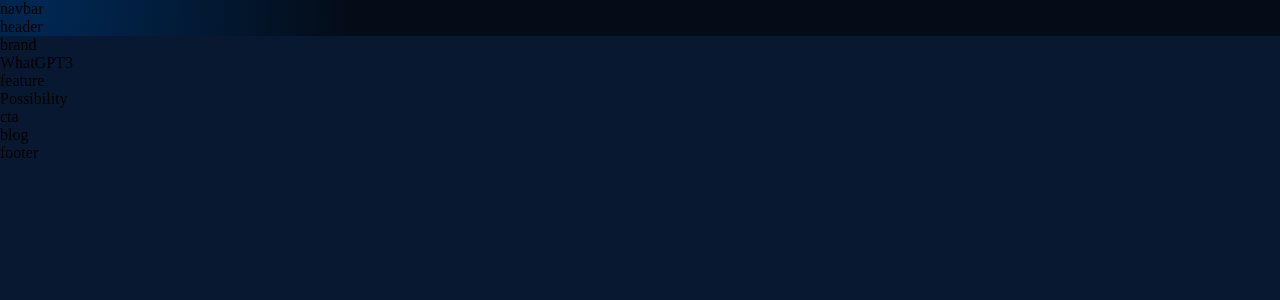
Repository: smitranjansingh29/gpt3-react
Page: /
These files come from the project's save history. The page is drawn as it stood at one moment and after the next save; the edit follows.
The browser window is 1280 px wide. The pictures show the whole page.
The project was rebuilt for these pictures with package versions that can differ from the ones it lists, and the page was loaded fresh each time. Also part of the build but not shown: src/components/brand/brand.css, src/components/cta/cta.css, src/components/feature/feature.css, src/components/feature/Feature.jsx, src/components/navbar/navbar.css, src/containers/features/feature.css, src/containers/footer/footer.css, src/containers/header/header.css and 2 more.

Above is the page before, as saved 2023-10-02 11:50:48.

### src/index.js
import React from 'react';
import ReactDOM from 'react-dom';
import App from './App';
import './index.css';

ReactDOM.render( < App / > , document.getElementById('root'));

### src/App.js
import React from 'react';

import { Brand , Cta , Navbar } from './components';
import { Footer , Blog , Possibility , Features , WhatGPT3 , Header } from './containers';

import './App.css';
const App = () => {
  return (
    <div className='App' >
    <div className='gradient__bg' >
      <Navbar/>
      <Header/>
    </div>
    <Brand/>
    <WhatGPT3/>
    <Features/>
    <Possibility/>
    <Cta/>
    <Blog/>
    <Footer/>
    </div>
  )
}

export default App

### src/index.css
@import url('https://fonts.googleapis.com/css2?family=Manrope:wght@200;300;400;500;600;700;800&display=swap');
:root {
    --font-family: 'Manrope', sans-serif;
    --gradient-text: linear-gradient(89.97deg, #AE67FA 1.84%, #F49867 102.67%);
    --gradient-bar: linear-gradient(103.22deg, #AE67FA -13.86%, #F49867 99.55%);
    --color-bg: #081830;
    --color-footer: #031B34;
    --color-blog: #042c54;
    --color-text: #81AFDD;
    --color-subtext: #FF8A71;
}

### src/components/index.js
export { default as Article } from './article/Article';
export { default as Brand } from './brand/Brand';
export { default as Cta } from './cta/Cta';
export { default as Feature } from './feature/Feature';
export { default as Navbar } from './navbar/Navbar';

### src/App.css
* {
    padding: 0;
    margin: 0;
    box-sizing: border-box;
    scroll-behavior: smooth;
}

body {
    background: var(--color-bg);
}

a {
    color: unset;
    text-decoration: none;
}

.gradient__bg {
    background: -moz-radial-gradient(circle at 3% 25%, rgba(0, 40, 83, 1) 0%, rgba(4, 12, 24, 1) 25%);
    /* safari 5.1+,chrome 10+ */
    background: -webkit-radial-gradient(circle at 3% 25%, rgba(0, 40, 83, 1) 0%, rgba(4, 12, 24, 1) 25%);
    /* opera 11.10+ */
    background: -o-radial-gradient(circle at 3% 25%, rgba(0, 40, 83, 1) 0%, rgba(4, 12, 24, 1) 25%);
    /* ie 10+ */
    background: -ms-radial-gradient(circle at 3% 25%, rgba(0, 40, 83, 1) 0%, rgba(4, 12, 24, 1) 25%);
    /* global 92%+ browsers support */
    background: radial-gradient(circle at 3% 25%, rgba(0, 40, 83, 1) 0%, rgba(4, 12, 24, 1) 25%);
}

.gradient__text {
    background: var(--gradient-text);
    background-clip: text;
    -webkit-background-clip: text;
    -webkit-text-fill-color: transparent;
}

.section__padding {
    padding: 4rem 6rem;
}

.section__margin {
    margin: 4rem 6rem;
}

.scale-up-center {
    -webkit-animation: scale-up-center 0.4s cubic-bezier(0.390, 0.575, 0.565, 1.000) both;
    animation: scale-up-center 0.4s cubic-bezier(0.390, 0.575, 0.565, 1.000) both;
}

@-webkit-keyframes scale-up-center {
    0% {
        -webkit-transform: scale(0.5);
        transform: scale(0.5);
    }
    100% {
        -webkit-transform: scale(1);
        transform: scale(1);
    }
}

@keyframes scale-up-center {
    0% {
        -webkit-transform: scale(0.5);
        transform: scale(0.5);
    }
    100% {
        -webkit-transform: scale(1);
        transform: scale(1);
    }
}

@media screen and (max-width: 700px) {
    .section__padding {
        padding: 4rem;
    }
    .section__margin {
        margin: 4rem;
    }
}

@media screen and (max-width: 550px) {
    .section__padding {
        padding: 4rem 2rem;
    }
    .section__margin {
        margin: 4rem 2rem;
    }
}

### src/components/article/Article.jsx
import React from 'react'

const Article = () => {
    return ( <
        div >
        Article <
        /div>
    )
}

export default Article

### src/components/brand/Brand.jsx
import React from 'react';
import './brand.css';
const Brand = () => {
  return (
    <div>
      brand
    </div>
  )
}

export default Brand

### src/components/cta/Cta.jsx
import React from 'react';
import './cta.css';
const Cta = () => {
  return (
    <div>
      cta
    </div>
  )
}

export default Cta

### src/components/navbar/Navbar.jsx
import React from 'react';
import './navbar.css';
const Navbar = () => {
  return (
    <div>
      navbar
    </div>
  )
}

export default Navbar

### src/containers/blog/Blog.jsx
import React from 'react'

const Blog = () => {
  return (
    <div>
      blog
    </div>
  )
}

export default Blog

### src/containers/features/Features.jsx
import React from 'react';
import './feature.css';
const Features = () => {
  return (
    <div>
      feature
    </div>
  )
}

export default Features

### src/containers/footer/Footer.jsx
import React from 'react';
import './footer.css';

const Footer = () => {
  return (
    <div>
      footer
    </div>
  )
}

export default Footer

### src/containers/header/Header.jsx
import React from 'react';
import './header.css';

const Header = () => {
  return (
    <div>
      header
    </div>
  )
}

export default Header

### src/containers/possibility/Possibility.jsx
import React from 'react';
import './possibility.css';
const Possibility = () => {
  return (
    <div>
      Possibility
    </div>
  )
}

export default Possibility

### src/containers/whatGPT3/WhatGPT3.jsx
import React from 'react';
import './whatGPT3.css';
const WhatGPT3 = () => {
    return ( <
        div >
        WhatGPT3 <
        /div>
    )
}

export default WhatGPT3

Loaded but not shown: public/index.html (common file); src/containers/index.js (common file)

After the next save:
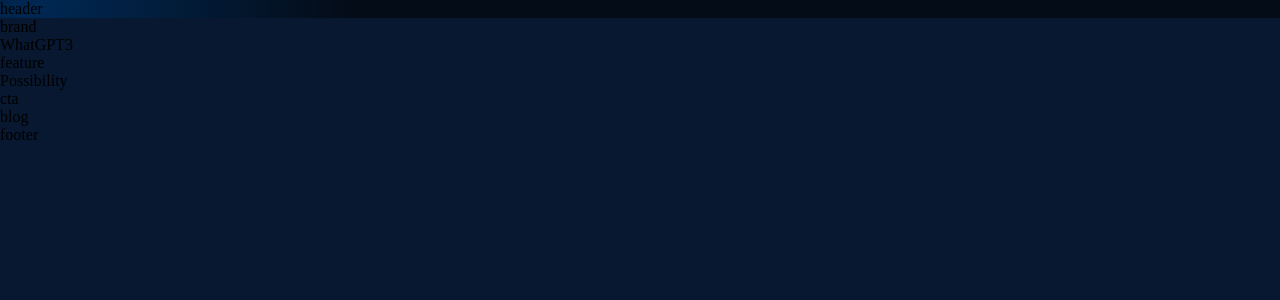
Saved 10 min 26 s later.
--- a/src/components/navbar/Navbar.jsx
+++ b/src/components/navbar/Navbar.jsx
@@ -1,9 +1,14 @@
 import React from 'react';
+import { RiMenu3Line , RiCloseLine } from 'react-icons/ri';
+
 import './navbar.css';
 const Navbar = () => {
   return (
-    <div>
-      navbar
+    <div className="gpt3__navbar">
+    <div className="gpt3__navbar-links">
+
+    </div>
+
     </div>
   )
 }
